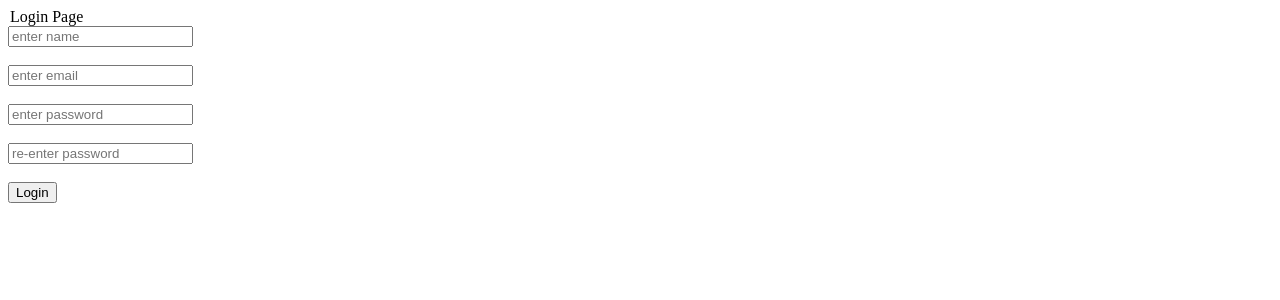
Repository: Altafalinadaf/SimpleProjects
Page: servletDemo10/src/main/webapp/index10.html
An editor plug-in stored every save of this project. The page is shown before and after the next save, followed by the edit.
The browser window is 1280 px wide. The pictures show the whole page.

Above is the page before, as saved 2023-10-31 17:58:34.

### servletDemo10/src/main/webapp/index10.html
<!DOCTYPE html>
<html>

<head>
	<meta charset="ISO-8859-1">
	<title>Insert title here</title>
</head>

<body>
	<form action="login" method="post">
		<field set>
			<legend>Login Page </legend>
			<input type="text" name="name" placeholder="enter name" required/>
			<br/>
			<br/>
			<input type="text" name="email" placeholder="enter email" required/>
			<br/>
			<br/>
			<input type="password" name="pass" placeholder="enter password" required/>
			<br/>
			<br/>
			<input type="password" name="pass2" placeholder="re-enter password" required/>
			<br/>
			<br/>
			<input type="submit" value="Login"/>
		</field>
	</form>

</body>

</html>

After the next save:
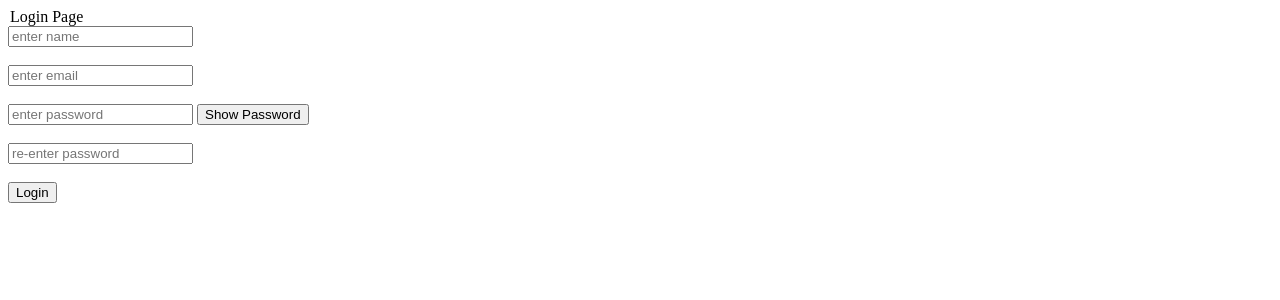
Saved 9 min 28 s later.
--- a/servletDemo10/src/main/webapp/index10.html
+++ b/servletDemo10/src/main/webapp/index10.html
@@ -11,12 +11,14 @@
 		<field set>
 			<legend>Login Page </legend>
 			<input type="text" name="name" placeholder="enter name" required/>
+
 			<br/>
 			<br/>
 			<input type="text" name="email" placeholder="enter email" required/>
 			<br/>
 			<br/>
 			<input type="password" name="pass" placeholder="enter password" required/>
+			<button class="toggle-button" type="button">Show Password</button>
 			<br/>
 			<br/>
 			<input type="password" name="pass2" placeholder="re-enter password" required/>
